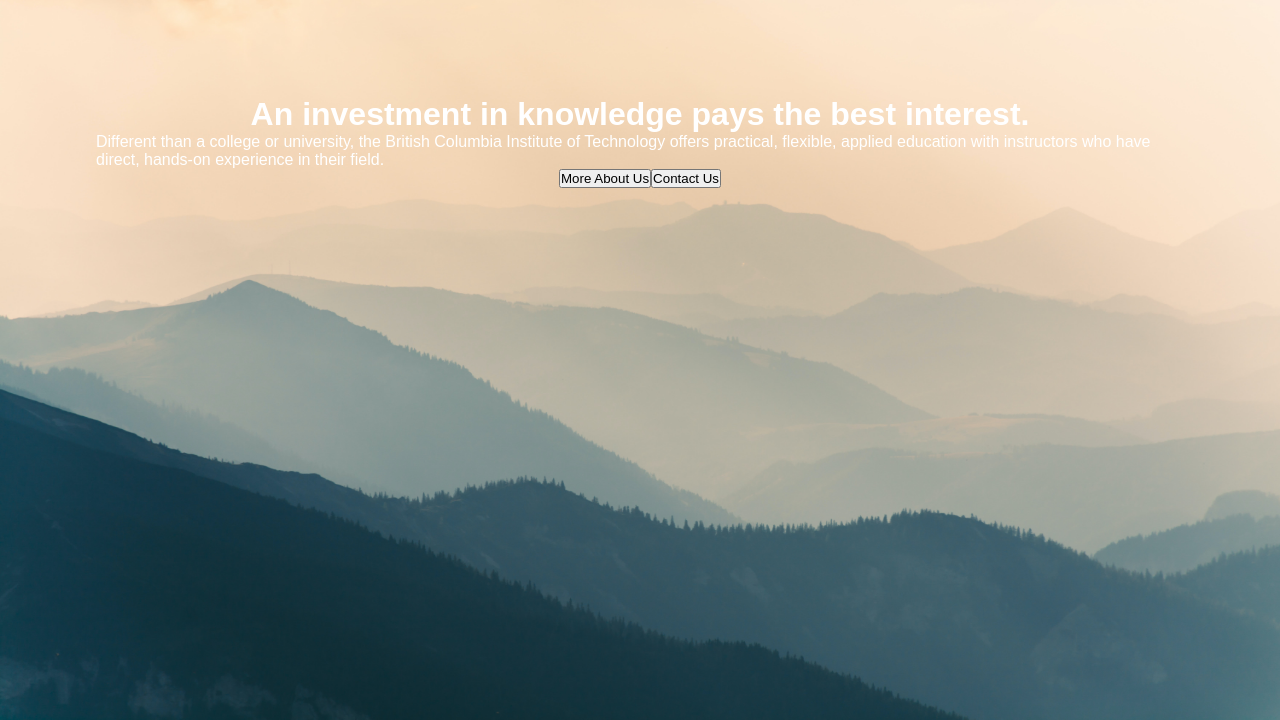
Repository: jennydmcm/assignment-1-playwright-site-A01338943
Page: /
These files come from the project's save history. The page is drawn as it stood at one moment and after the next save; the edit follows.
The browser window is 1280 px wide. The pictures show the whole page.
The project was rebuilt for these pictures with package versions that can differ from the ones it lists, and the page was loaded fresh each time. The framework's server and built-in components were replaced by stand-ins that run in the browser. Also part of the build but not shown: next.config.js.

Above is the page before, as saved 2023-02-08 09:45:03.

After the next save:
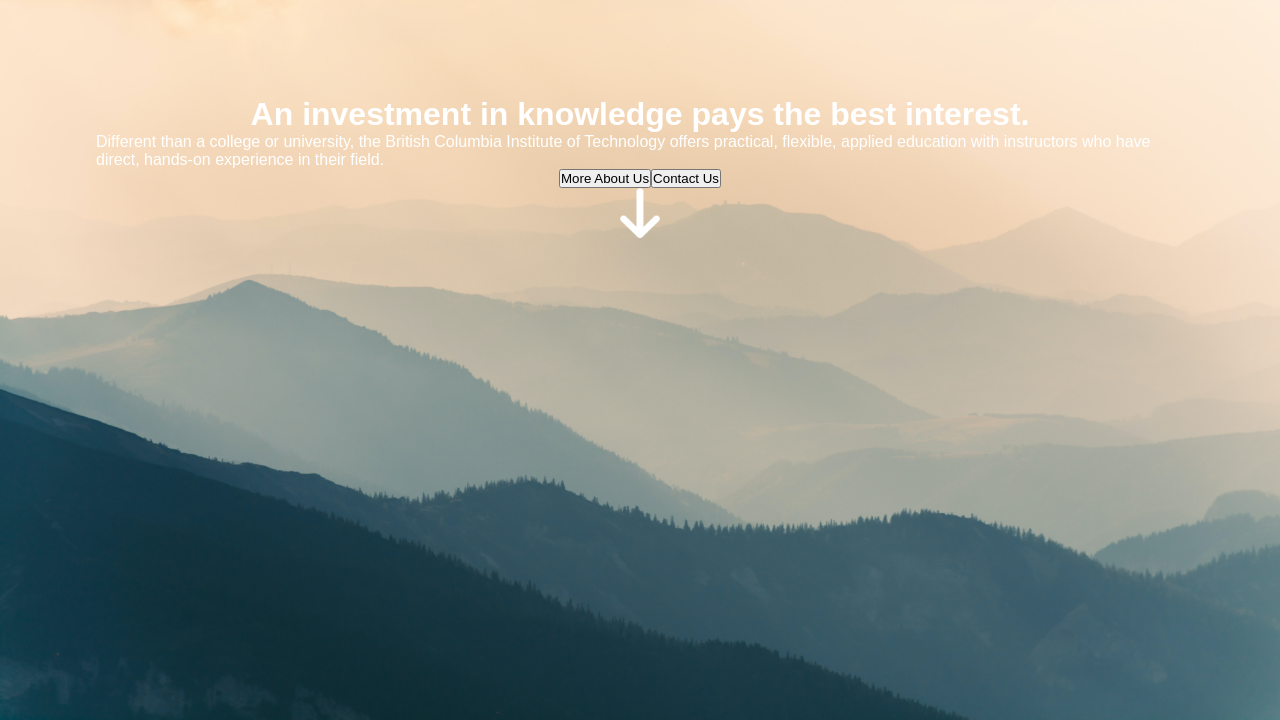
Saved 75 s later.
--- a/pages/index.js
+++ b/pages/index.js
@@ -1,49 +1,53 @@
-import Head from 'next/head'
-import Image from 'next/image'
-import { Inter } from '@next/font/google'
-import styles from '@/styles/home.module.css'
-import Link from 'next/link'
-import { useRouter } from 'next/router'
-import Bg from 'public/background-images/backgroundMountain.jpg'
-import downArrow from 'public/icons/downwardArrow.png'
-import upArrow from 'public/icons/upwardArrow.png'
+  import Head from 'next/head'
+  import Image from 'next/image'
+  import { Inter } from '@next/font/google'
+  import styles from '@/styles/home.module.css'
+  import Link from 'next/link'
+  import { useRouter } from 'next/router'
+  import Bg from 'public/background-images/backgroundMountain.jpg'
+  import downArrow from 'public/icons/downwardArrow.png'
+  import upArrow from 'public/icons/upwardArrow.png'
 
 
-const inter = Inter({ subsets: ['latin'] })
+  const inter = Inter({ subsets: ['latin'] })
 
-export default function Home() {
-  const router = useRouter()
-  return (
-    <>
-      <Head>
-        <title>{'Home'}</title>
-        <meta name="description" content="Generated by create next app" />
-        <meta name="viewport" content="width=device-width, initial-scale=1" />
-        <meta name="author" content={'MDIA 2109'} />
-        <meta property='og:title' content={'Assignment #1 - Home Page'} />
-        <meta property='og:description' content={'BCIT Digital Design and Development Diploma'} />
-        <link rel="icon" href="/favicon.png" />
-      </Head>
-      <Image src={Bg} fill
-        style={{
-          zIndex: -1
-        }}
-      />
-      <main className={styles.main}>
-        <h1 className={styles.header}>{'An investment in knowledge pays the best interest.'}</h1>
-        <p className={styles.subhead}>{'Different than a college or university, the British Columbia Institute of Technology offers practical, flexible, applied education with instructors who have direct, hands-on experience in their field.'}</p>
+  export default function Home() {
+    const router = useRouter()
+    return (
+      <>
+        <Head>
+          <title>{'Home'}</title>
+          <meta name="description" content="Generated by create next app" />
+          <meta name="viewport" content="width=device-width, initial-scale=1" />
+          <meta name="author" content={'MDIA 2109'} />
+          <meta property='og:title' content={'Assignment #1 - Home Page'} />
+          <meta property='og:description' content={'BCIT Digital Design and Development Diploma'} />
+          <link rel="icon" href="/favicon.png" />
+        </Head>
+        <Image src={Bg} fill
+          style={{
+            zIndex: -1
+          }}
+        />
+        <main className={styles.main}>
+          <h1 className={styles.header}>{'An investment in knowledge pays the best interest.'}</h1>
+          <p className={styles.subhead}>{'Different than a college or university, the British Columbia Institute of Technology offers practical, flexible, applied education with instructors who have direct, hands-on experience in their field.'}</p>
 
-        <a>
-        <button className={styles.aboutbtn} type='button' onClick={() => router.push('/about')}>More About Us</button>
-        <button className={styles.contactbtn}type='button' onClick={() => router.push('/contact')}>Contact Us</button>
-        </a>
+          <a>
+          <button className={styles.aboutbtn} type='button' onClick={() => router.push('/about')}>More About Us</button>
+          <button className={styles.contactbtn}type='button' onClick={() => router.push('/contact')}>Contact Us</button>
+          </a>
 
-         <a>
-          <span>
-
-          </span>
-        </a>
-      </main>
-    </>
-  )
-}
+          <a>
+            <span>
+            <a className={styles.downArrow} href="/about">
+            <span>
+              <Image src={downArrow} width={40} height={50} />
+            </span>
+          </a>
+            </span>
+          </a>
+        </main>
+      </>
+    )
+  }
